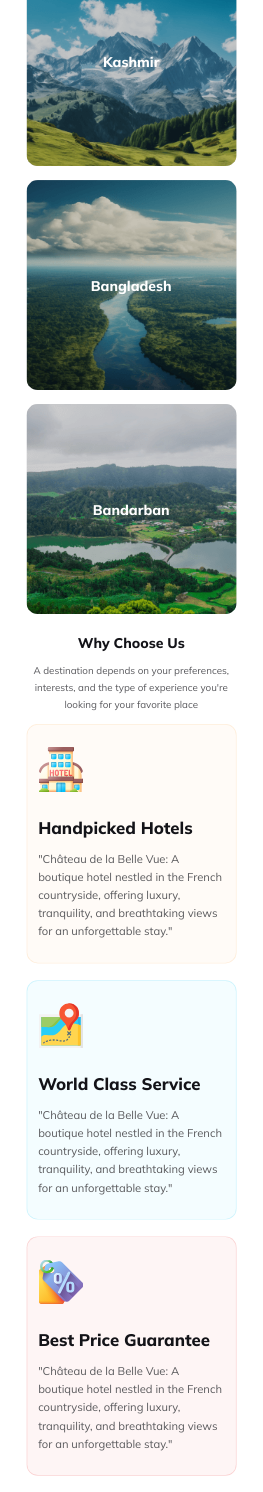
Repository: ShouravAhammed/Assignment-2
Page: index.html
An editor plug-in stored every save of this project. The page is shown before and after the next save, followed by the edit.
The browser window is 375 px wide. The pictures show the part of the page from y = 3286 to 5526 px (the page is 5418 px tall before and 5526 px after), at 70% of full size.
Some web libraries are served in a nearby version.

Above is the page before, as saved 2024-01-16 17:19:12.

After the next save:
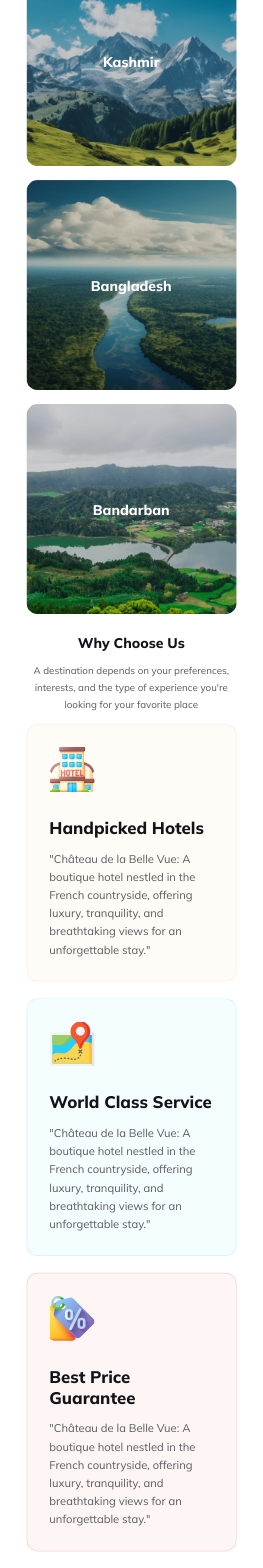
Saved 72 s later.
--- a/styles/style.css
+++ b/styles/style.css
@@ -462,8 +462,10 @@
     }
     .choose-boxes{
         width: 100%;
+        padding: 32px 32px;
     }
     .choose-title{
         font-size: 1.25rem;
     }
-}
+
+}

After the 2 saves that followed:
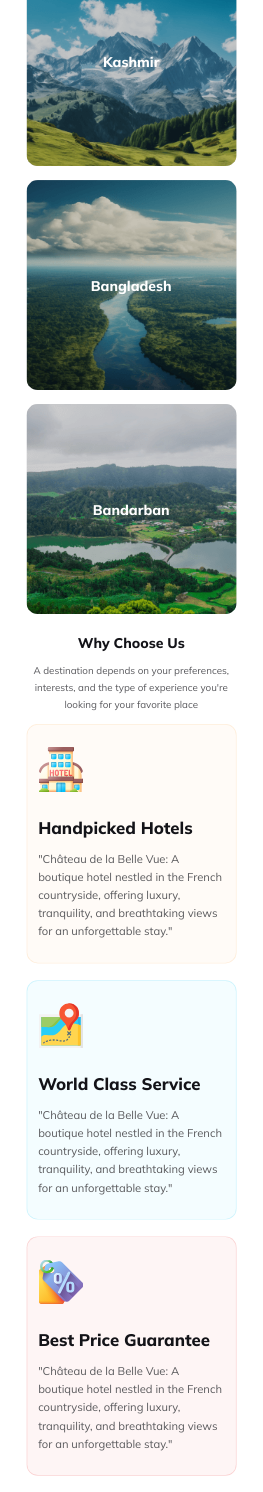
The 2 saves are shown as one change because 1 left the picture as it was.
The last was saved 95 s later.
--- a/styles/style.css
+++ b/styles/style.css
@@ -462,10 +462,11 @@
     }
     .choose-boxes{
         width: 100%;
-        padding: 32px 32px;
     }
     .choose-title{
         font-size: 1.25rem;
     }
-
-}
+    .choose-description{
+        font-size: 0.875rem;
+    }
+}
